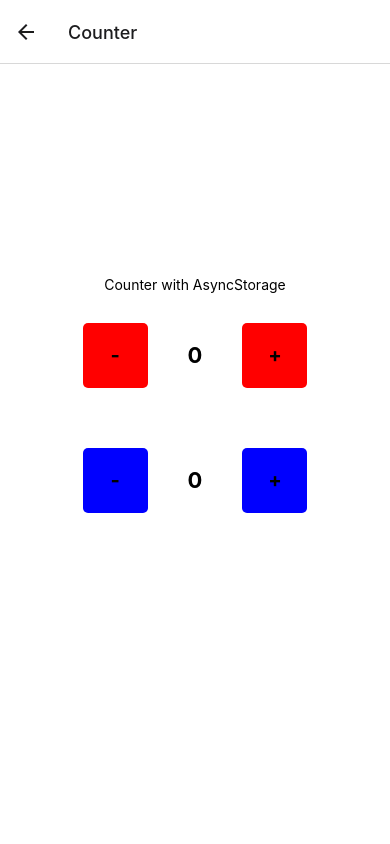
Repository: nawaz1568/Task_counter
Screen: /Counter
An editor plug-in stored every save of this project. The screen is shown before and after the next save, followed by the edit.
The app was drawn by React Native's web renderer in a window 390 px wide. The project was rebuilt for these pictures with package versions that can differ from the ones it lists, and the page was loaded fresh each time. Also part of the build but not shown: src/components/Header.js, src/screens/PostListScreen.js, src/screens/PostDetailScreen.js.

Above is the screen before, as saved 2025-09-09 02:06:35.

After the next save:
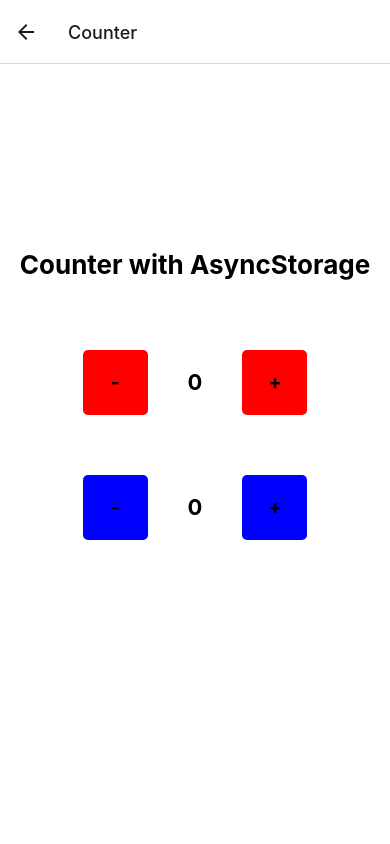
Saved 9 s later.
--- a/src/screens/CounterScreen.js
+++ b/src/screens/CounterScreen.js
@@ -146,6 +146,13 @@ backgroundColor: 'red',
     marginHorizontal: 20,
     borderRadius: 5,
   },
+  heading: {
+  fontSize: 26,
+  fontWeight: 'bold',
+  color: 'black',
+  marginBottom: 40, // space below the heading
+},
+
    buttonsecond: {
     height: 65,
     width: 65,
